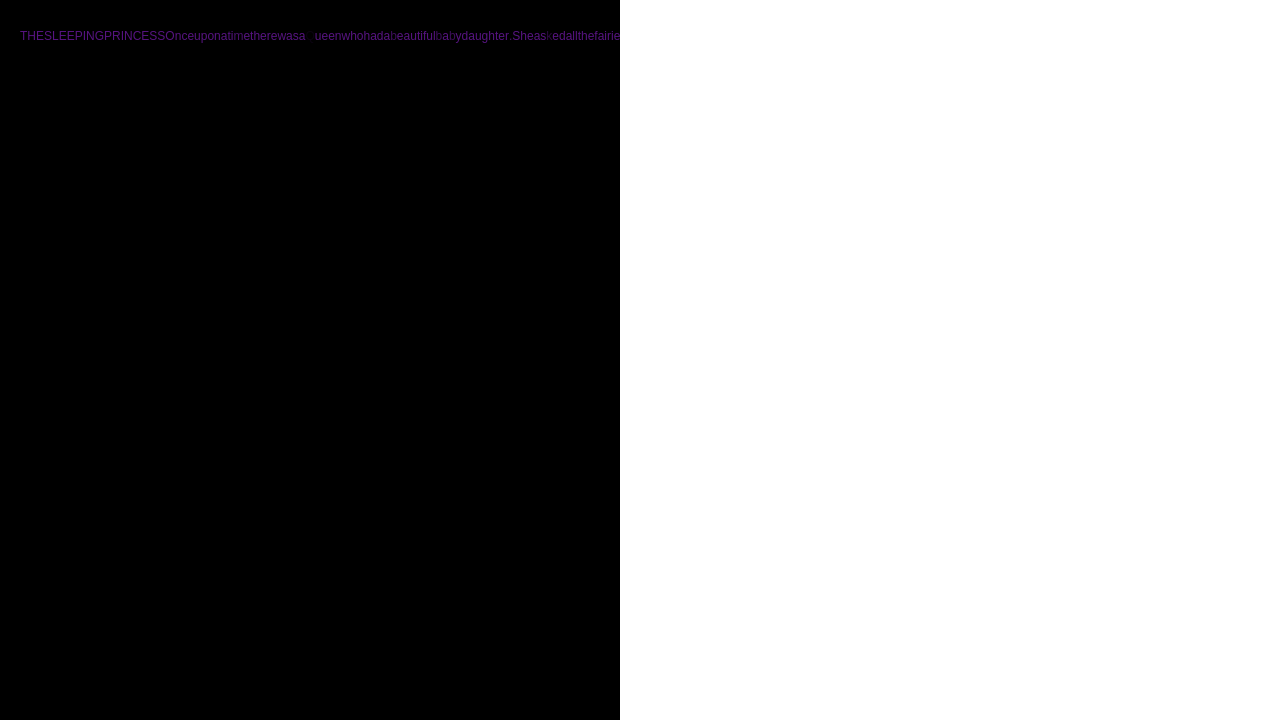
Repository: patriciqa/GenComp
Page: content/day07/typo/index.html
The author's editor kept a copy of each file at every save. The page is drawn from the files as they stood at one save, then again after the next save.
The browser window is 1280 px wide. The pictures show the whole page.

Above is the page before, as saved 2021-10-13 14:20:36.

### content/day07/typo/sketch.js
let alphabet = "ABCDEFGHIJKLMNOPQRSTUVWXYZÄÖÜ,.!?"
let counters = [];
let joinedText;
let posX;
let posY;
let drawAlpha = true;

function preload() {
  joinedText = loadStrings("./text.txt");
}
function setup() {
  createCanvas(620, windowHeight);
  //
  joinedText = joinedText.join(" ");
  for (let i = 0; i < alphabet.length; i++) {
    counters[i] = 0;
  }
  countCharacters();
}

function draw() {
  background("black");
  posX = 20;
  posY = 40;

  for (let i = 0; i < joinedText.length; i++) {
    let upperCaseChar = joinedText.charAt(i).toUpperCase();
    let index = alphabet.indexOf(upperCaseChar);
    if (index < 0) continue;

    if (drawAlpha) {
      fill(87, 20, 129, counters[index] * 3);
    } else {
      fill(87, 20, 129);

    }

    let sortY = index * 20 + 40;
    let m = map(mouseX, 50, width - 50, 0, 1);
    m = constrain(m, 0, 1);
    let interY = lerp(posY, sortY, m);

    text(joinedText.charAt(i), posX, interY);

    posX += textWidth(joinedText.charAt(i));
    if (posX >= width - 200 && upperCaseChar == " ") {
      posY += 30;
      posX = 20;
    }
  }
}

function countCharacters() {
  for (let i = 0; i < joinedText.length; i++) {
    let c = joinedText.charAt(i);
    let upperCaseChar = c.toUpperCase();
    let index = alphabet.indexOf(upperCaseChar);
    if (index >= 0) counters[index]++;
  }
}

Loaded but not shown: content/day07/typo/index.html (common file); content/day07/typo/style.css (common file); content/day07/typo/libraries/p5.min.js (library); content/day07/typo/libraries/p5.sound.min.js (library)

After the next save:
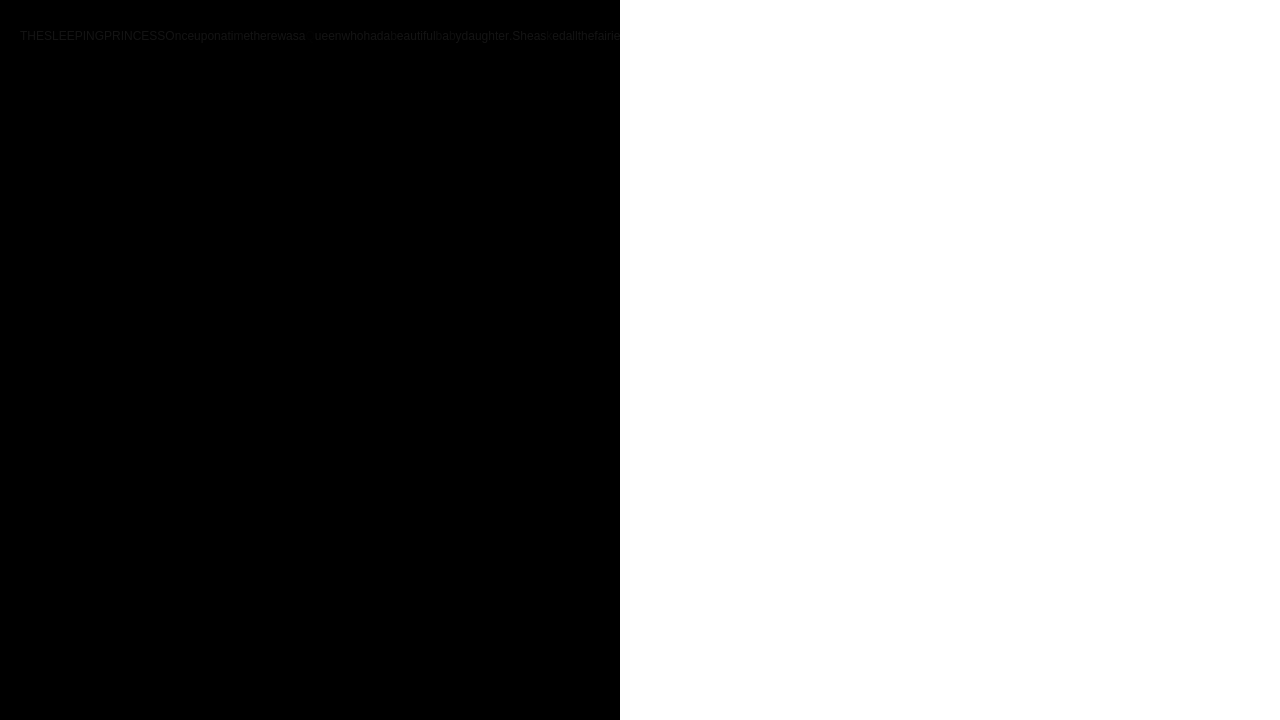
Saved 11 s later.
--- a/content/day07/typo/sketch.js
+++ b/content/day07/typo/sketch.js
@@ -29,7 +29,7 @@ function draw() {
     if (index < 0) continue;
 
     if (drawAlpha) {
-      fill(87, 20, 129, counters[index] * 3);
+      fill(20, 20, 20, counters[index] * 3);
     } else {
       fill(87, 20, 129);
 
